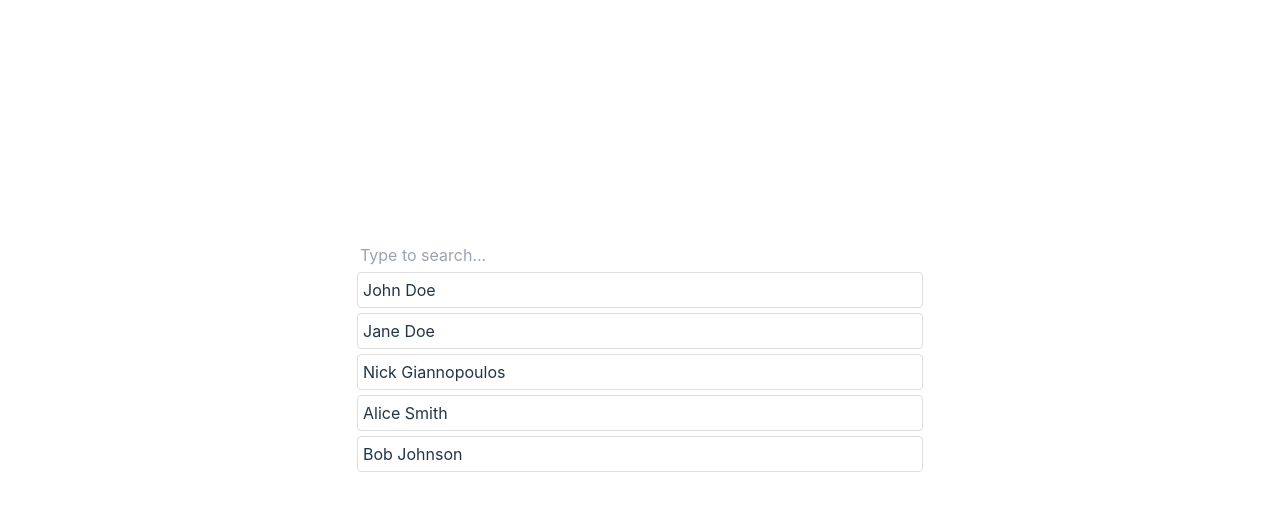
Repository: Ayansaxena24/Chip
Page: /
The author's editor kept a copy of each file at every save. The page is drawn from the files as they stood at one save, then again after the next save.
The browser window is 1280 px wide. The pictures show the whole page.
Some web libraries are served in a nearby version. The project was rebuilt for these pictures with package versions that can differ from the ones it lists, and the page was loaded fresh each time. Also part of the build but not shown: vite.config.ts.

Above is the page before, as saved 2024-01-16 03:24:53.

After the next save:
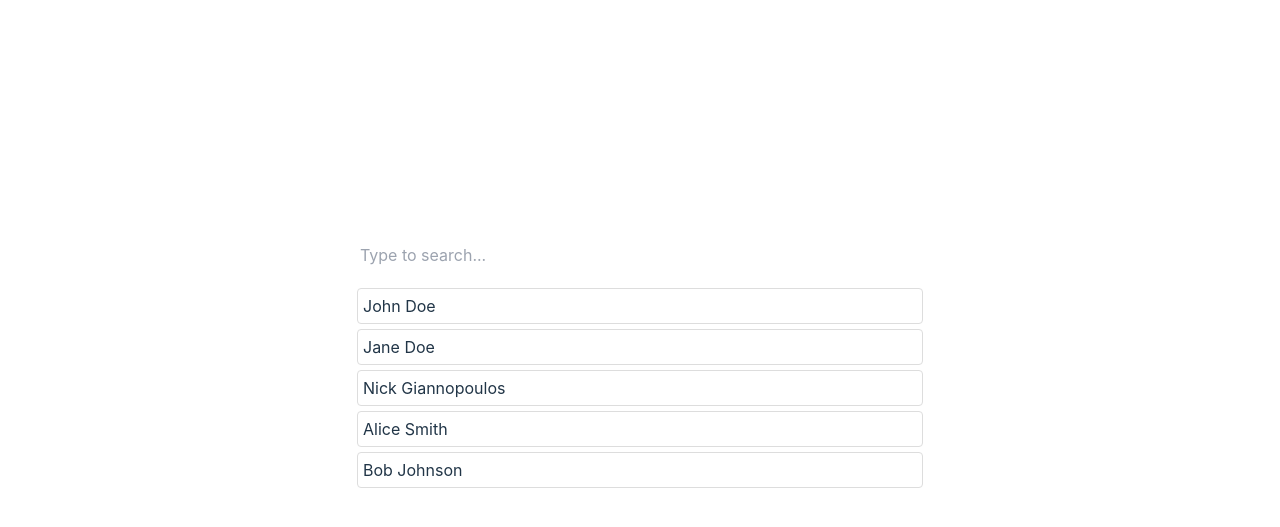
Saved 11 s later.
--- a/src/ChipInput.tsx
+++ b/src/ChipInput.tsx
@@ -92,7 +92,7 @@ const ChipInput: React.FC = () => {
             onChange={handleInputChange}
             onKeyDown={handleInputKeyDown}
             placeholder="Type to search..."
-            className="rounded-md w-full pl-2"
+            className="rounded-md w-full pl-2 py-4"
           />
         </div>
         <ul className="item-list">
